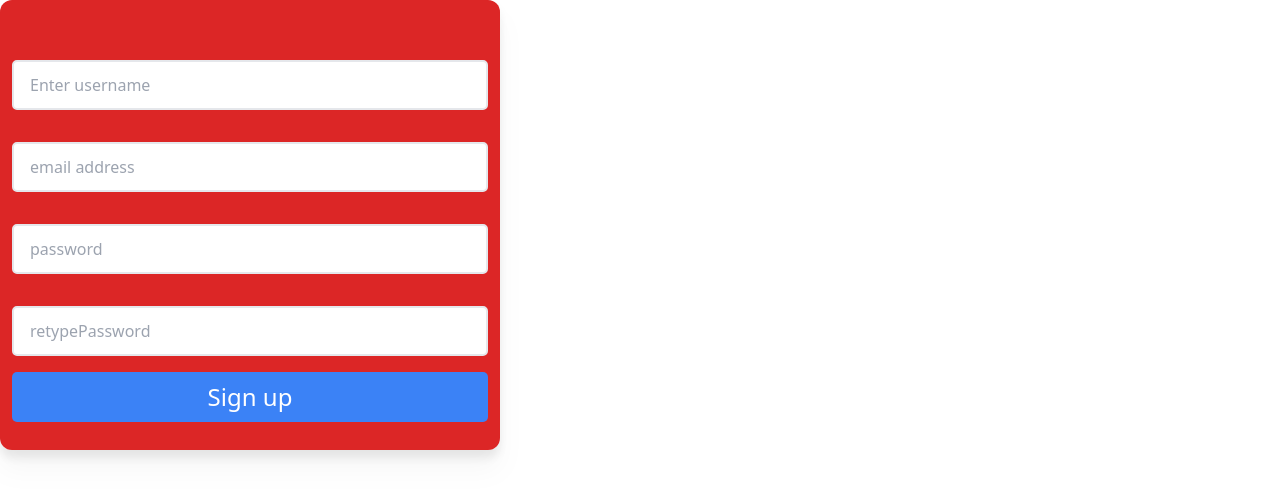
Repository: miraclesamson/e-commerce
Page: /
An editor plug-in stored every save of this project. The page is shown before and after the next save, followed by the edit.
The browser window is 1280 px wide. The pictures show the whole page.
The page's requests for data from a server got no answer. Some web libraries are served in a nearby version. The project was rebuilt for these pictures with package versions that can differ from the ones it lists, and the page was loaded fresh each time. No one was signed in, and anything a server would have sent is missing.

Above is the page before, as saved 2022-09-04 07:28:19.

After the next save:
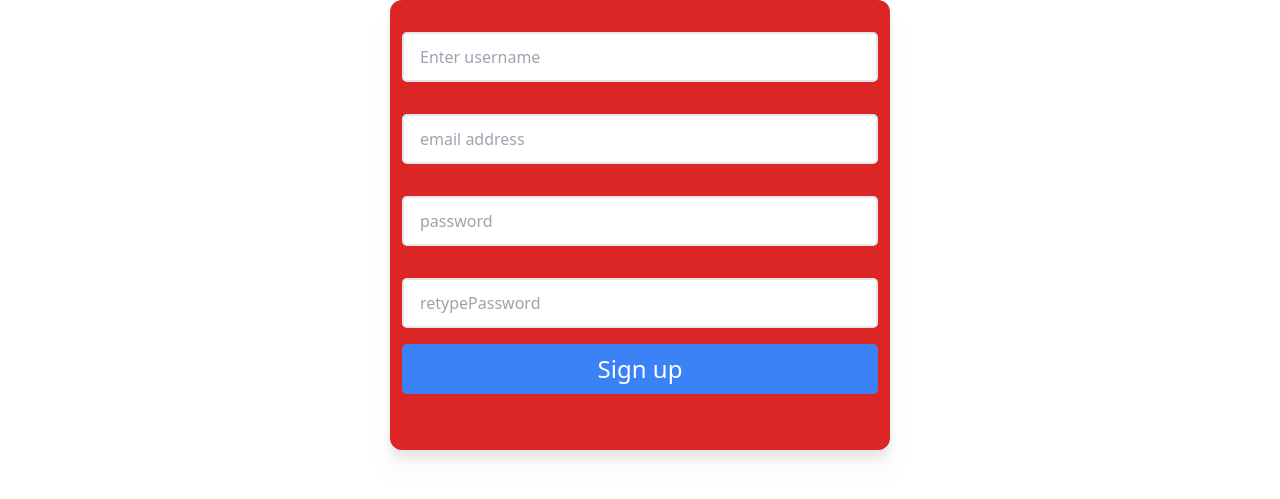
Saved 7 min 13 s later.
--- a/src/pages/Signup.jsx
+++ b/src/pages/Signup.jsx
@@ -63,66 +63,68 @@ function Signup() {
   });
 
   return (
-    <div className="bg-red-600 w-[500px] h-[450px] drop-shadow-xl rounded-xl px-3 flex justify-center items-center">
-      <form onSubmit={formik.handleSubmit} className="w-full">
-        <div className="mb-4 mt-4">
-          <input
-            id="username"
-            type="text"
-            placeholder="Enter username"
-            className="h-[50px] p-4 w-full border-2 rounded-[5px] mt-4"
-            {...formik.getFieldProps("username")}
-          />
-          {formik.touched.username && formik.errors.username ? (
-            <div>{formik.errors.username}</div>
-          ) : null}
-        </div>
-        <div className="mb-4 mt-4">
-          <input
-            id="email"
-            type="text"
-            {...formik.getFieldProps("email")}
-            placeholder="email address"
-            className="h-[50px] p-4 w-full border-2 rounded-[5px] mt-4"
-          />
-          {formik.touched.email && formik.errors.email ? (
-            <div>{formik.errors.email}</div>
-          ) : null}
-        </div>
+    <div className="flex justify-center items-center">
+      <div className="bg-red-600 w-[500px] h-[450px] drop-shadow-xl rounded-xl px-3">
+        <form onSubmit={formik.handleSubmit} className="w-full">
+          <div className="mb-4 mt-4">
+            <input
+              id="username"
+              type="text"
+              placeholder="Enter username"
+              className="h-[50px] p-4 w-full border-2 rounded-[5px] mt-4"
+              {...formik.getFieldProps("username")}
+            />
+            {formik.touched.username && formik.errors.username ? (
+              <div>{formik.errors.username}</div>
+            ) : null}
+          </div>
+          <div className="mb-4 mt-4">
+            <input
+              id="email"
+              type="text"
+              {...formik.getFieldProps("email")}
+              placeholder="email address"
+              className="h-[50px] p-4 w-full border-2 rounded-[5px] mt-4"
+            />
+            {formik.touched.email && formik.errors.email ? (
+              <div>{formik.errors.email}</div>
+            ) : null}
+          </div>
 
-        <div className="mb-4">
-          <input
-            id="password"
-            type="text"
-            placeholder="password"
-            {...formik.getFieldProps("password")}
-            className="h-[50px] p-4 w-full border-2 rounded-[5px] mt-4"
-          />
-          {formik.touched.password && formik.errors.password ? (
-            <div>{formik.errors.password}</div>
-          ) : null}
-        </div>
+          <div className="mb-4">
+            <input
+              id="password"
+              type="text"
+              placeholder="password"
+              {...formik.getFieldProps("password")}
+              className="h-[50px] p-4 w-full border-2 rounded-[5px] mt-4"
+            />
+            {formik.touched.password && formik.errors.password ? (
+              <div>{formik.errors.password}</div>
+            ) : null}
+          </div>
 
-        <div className="mb-4">
-          <input
-            id="retypePassword"
-            type="text"
-            placeholder="retypePassword"
-            {...formik.getFieldProps("retypePassword")}
-            className="h-[50px] p-4 w-full border-2 rounded-[5px] mt-4"
-          />
-          {formik.touched.retypePassword && formik.errors.retypePassword ? (
-            <div>{formik.errors.retypePassword}</div>
-          ) : null}
-        </div>
+          <div className="mb-4">
+            <input
+              id="retypePassword"
+              type="text"
+              placeholder="retypePassword"
+              {...formik.getFieldProps("retypePassword")}
+              className="h-[50px] p-4 w-full border-2 rounded-[5px] mt-4"
+            />
+            {formik.touched.retypePassword && formik.errors.retypePassword ? (
+              <div>{formik.errors.retypePassword}</div>
+            ) : null}
+          </div>
 
-        <button
-          type="submit"
-          className="bg-blue-500 w-full h-[50px] rounded-[5px] text-white font-medium text-[24px]"
-        >
-          Sign up
-        </button>
-      </form>
+          <button
+            type="submit"
+            className="bg-blue-500 w-full h-[50px] rounded-[5px] text-white font-medium text-[24px]"
+          >
+            Sign up
+          </button>
+        </form>
+      </div>
     </div>
   );
 }
